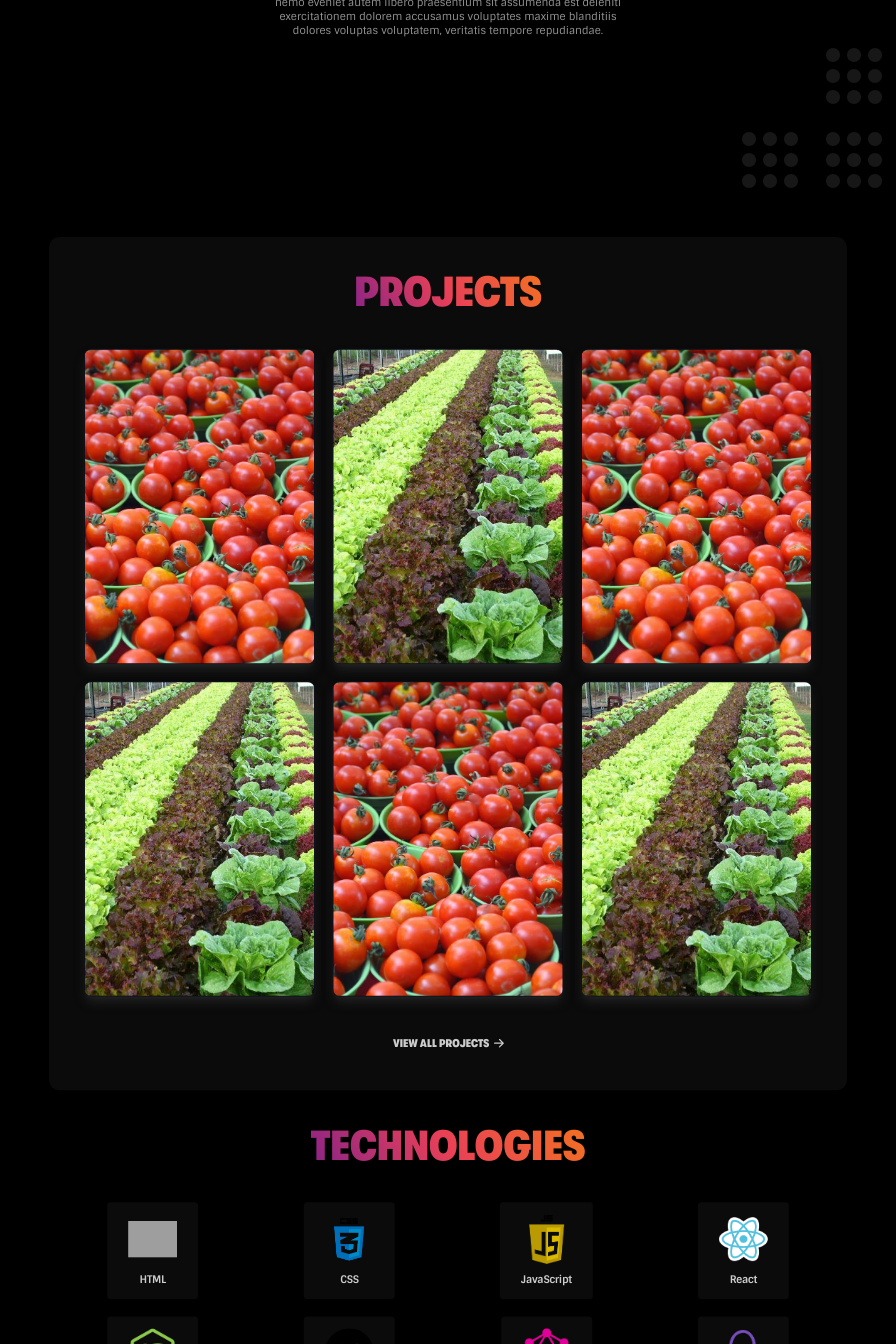
Repository: Ehceyn/ChimeruzeePortfolio
Page: /
These files come from the project's save history. The page is drawn as it stood at one moment and after the next save; the edit follows.
The browser window is 1280 px wide. The pictures show the part of the page from y = 1152 to 3072 px (the page is 4486 px tall), at 70% of full size.
Pictures or frames that could not be fetched are drawn as grey boxes. The project was rebuilt for these pictures with package versions that can differ from the ones it lists, and the page was loaded fresh each time. The framework's server and built-in components were replaced by stand-ins that run in the browser. Also part of the build but not shown: next.config.js, src/components/Timeline/Timeline.js, src/components/Accomplishments/Accomplishments.js.

Above is the page before, as saved 2022-08-04 06:20:12.

### pages/_app.js
import Layout from "../src/components/Layout/Layout";
import "../styles/global.css";

function MyApp({ Component, pageProps }) {
  return (
    <Layout>
      <Component {...pageProps} />
    </Layout>
  );
}

export default MyApp;

### pages/index.js
import MetaHead from "../src/components/MetaHead/MetaHead";
import Hero from "../src/components/Hero/Hero";
import Projects from "../src/components/Projects/Projects";
import Technologies from "../src/components/Technologies/Technologies";
import Timeline from "../src/components/Timeline/Timeline";
import Accomplishments from "../src/components/Accomplishments/Accomplishments";
import Contact from "../src/components/Contact/Contact";
import Footer from "../src/components/Footer/Footer";
import About from "../src/components/About/About";

export default function Home() {
  return (
    <>
      <MetaHead
        title="Meruzee | Portfolio"
        contentKeyword="web development, react development, frontend development, web design, programming"
        contentDescription="A Web designer and developer's portfolio"
      />
      <Hero />
      <About />
      <Projects />
      <Technologies />
      <Contact />
    </>
  );
}

### src/components/Layout/Layout.js
import React from "react";
import Footer from "../Footer/Footer";
import Header from "../Header/Header";

function Layout({ children }) {
  return (
    <>
      <Header />
      {children}
      <Footer />
    </>
  );
}

export default Layout;

### styles/global.css
@font-face {
  font-family: GTWalsheimPro;
  src: url(/fonts/GTWalsheimPro-CondensedBlack/GTWalsheimPro-CondensedBlack.ttf); /* IE9 Compat Modes */
  src: url(/fonts/GTWalsheimPro-CondensedBlack/GTWalsheimPro-CondensedBlack.ttf?iefix)
      format("embedded-opentype") /* IE6-IE8 */,
    url(/fonts/GTWalsheimPro-CondensedBlack/GTWalsheimPro-CondensedBlack.woff)
      format("woff") /* Super Modern Browsers */,
    url(/fonts/GTWalsheimPro-CondensedBlack/GTWalsheimPro-CondensedBlack.woff2)
      format("woff2") /* Pretty Modern Browsers */,
    url(/fonts/GTWalsheimPro-CondensedBlack/GTWalsheimPro-CondensedBlack.ttf)
      format("truetype"); /* Safari, Android, iOS */
  font-weight: 900;
  font-style: normal;
}

@font-face {
  font-family: Sintony-Bold;
  src: url(/fonts/Sintony/Sintony-Bold.ttf); /* IE9 Compat Modes */
  font-style: normal;
}

@font-face {
  font-family: Sintony-Regular;
  src: url(/fonts/Sintony/Sintony-Regular.ttf); /* IE9 Compat Modes */
  font-style: normal;
}

@tailwind base;
@tailwind components;
@tailwind utilities;

* {
  box-sizing: border-box;
  -webkit-tap-highlight-color: transparent;
  margin: 0;
  padding: 0;
}

*:hover {
  -webkit-tap-highlight-color: transparent;
}

html {
  font-size: 62.5%;
  scroll-behavior: smooth;
  background: black;
}
body {
  font-family: Sintony-Regular, "Segoe UI", sans-serif;
  font-size: 1.6rem;
  background: black;
  color: #ccc;
  cursor: default;
  max-width: 1700px;
  margin: auto;
}
h1 {
  width: 100%;
  height: fit-content;
  color: gray;
  background: -webkit-linear-gradient(210deg, #f27121, #e94057, #8a2387);
  -webkit-background-clip: text;
  -webkit-text-fill-color: transparent;
  flex-wrap: wrap;
}
h2 {
  display: flex;
  align-items: center;
  width: fit-content;
  height: fit-content;
  color: gray;
  background: -webkit-linear-gradient(210deg, #f27121, #e94057, #8a2387);
  -webkit-background-clip: text;
  -webkit-text-fill-color: transparent;
  flex-wrap: wrap;
}
h3 {
  font-family: Sintony-Bold, "Segoe UI", sans-serif;
  line-height: 1.2;
  color: #999;
}

h4 {
  font-family: Sintony-Bold, "Segoe UI", sans-serif;
  line-height: 1.2;
  color: #ccc;
}

p,
a {
  font-size: 0.8em;
  color: #999;
  line-height: 1.5;
}

h1,
h2,
h5,
h6,
button {
  font-family: GTWalsheimPro, "Segoe UI", sans-serif;
  transition: all 0.4s ease-in-out;
}
button:focus {
  outline: none;
}

button:active {
  outline: none;
  transition: all 0.1s ease-in-out;
}

.buttonGrad {
  box-shadow: 0 2px 6px 0 rgb(126 52 161 / 39%);
  background-image: linear-gradient(
    to right,
    #8a2387 0%,
    #e94057 51%,
    #8a2387 100%
  );
  outline: none;

  background-size: 200% auto;
}

.buttonGrad:active {
  box-shadow: none;
}

.buttonGrad:hover {
  background-position: right center; /* change the direction of the change here */
  color: #fff;
  text-decoration: none;
}

.card-text {
  overflow: hidden;
  text-overflow: ellipsis;
  display: -webkit-box;
  -webkit-line-clamp: 3; /* number of lines to show */
  -webkit-box-orient: vertical;
}

nav .navlinks {
  display: flex;
  align-items: center;
  width: fit-content;
  height: inherit;
  text-transform: uppercase;
  font-size: 12px;
  font-family: Sintony-Bold, "Segoe UI", sans-serif;
  cursor: pointer;
}

nav .navlinks:focus {
  color: #0070fdff;
}

a {
  text-decoration: none;
  display: block;
}
li {
  list-style: none;
}

.sectionStyle {
  display: flex;
  align-items: center;
  width: 100%;
  height: fit-content;
  padding: 30px 100px;
}

/* Linear Gradient background for hero image */
.background {
  background: -webkit-linear-gradient(210deg, #f27121, #e94057, #8a2387);
}
/* Linear Gradient Border for hero image */
.border-gradient {
  background: linear-gradient(210deg, #0070fdff, #d50098ff, #fd2828) border-box,
    linear-gradient(210deg, #0070fdff, #d50098ff, #fd2828) padding-box;
}

.hero {
  /* position: relative; */
  z-index: 10;
  background-color: rgba(179, 174, 174, 0.562);
}

/* .hero::before {
  content: "";
  background-size: cover;
  position: absolute;
  z-index: -1;
  top: 0px;
  right: 0px;
  bottom: 0px;
  left: 0px;
  opacity: 0.95;
  background: url("/images/meruz-bw.jpg") no-repeat center/cover;
} */
.contact {
  position: absolute;
  z-index: 3;
}
.contact2 {
  content: "";
  position: absolute;
  height: 400px;
  width: 400px;
  border-radius: 50%;
  right: -100px;
  background: -webkit-linear-gradient(
    210deg,
    rgba(0, 114, 253, 0.212),
    rgba(213, 0, 153, 0.26),
    #fd282833
  );
}

/*
   accent1: "hsl(34.9,98.6%,72.9%)",
    button: "hsl(205.1,100%,36.1%)",
    background2: "hsl(232.7,27.3%,23.7%)", */
/* Track */
body::-webkit-scrollbar-track {
  box-shadow: inset 0 0 0px;
  @apply bg-[#222];
  border-radius: none;
}

/* Handle */
body::-webkit-scrollbar-thumb {
  background: #777;
  border-radius: 10px;
}

* {
  scrollbar-width: 10px;
}

/* Handle on hover */
body::-webkit-scrollbar-thumb:hover {
  background: #999;
}

/* Style the other scrollbar  with className  */
::-webkit-scrollbar {
  width: 10px;
}

/* Track */
::-webkit-scrollbar-track {
  box-shadow: inset 0 0 0px;
  @apply bg-transparent;
  border-radius: none;
}

/* Handle */
::-webkit-scrollbar-thumb {
  background: rgba(85, 85, 85, 0.158);
  border-radius: 10px;
}

* {
  scrollbar-width: 10px;
}

/* Handle on hover */
::-webkit-scrollbar-thumb:hover {
  background: rgba(85, 85, 85, 0.158);
}

### src/components/MetaHead/MetaHead.js
import Head from "next/head";

import React from "react";

function MetaHead(props) {
  return (
    <Head>
      <title>{props.title}</title>
      <meta name="description" content={props.contentKeyword} />
      <meta name="keywords" content={props.contentDescription} />
      <link rel="icon" href="/favicon.ico" />
    </Head>
  );
}

export default MetaHead;

### src/components/Hero/Hero.js
import React, { useState } from "react";
import { motion } from "framer-motion";
import Image from "next/image";
import { fromBottom, heroImage, scaleUp } from "../../../animations/animation";

function Hero() {
  const [degree, setDegree] = useState(210);
  setTimeout(() => {
    setInterval(() => {
      if (degree <= 360) {
        setDegree(degree + 5);
      } else {
        setDegree(0);
      }
    }, 1000);
  }, 5000);

  /* Linear Gradient Border for hero image */
  const borderGradient = {
    background: `linear-gradient(${degree}deg, #f27121, #e94057, #8a2387
) border-box, linear-gradient(${degree}deg, #f27121, #e94057, #8a2387
) padding-box`,
  };

  return (
    <motion.section
      initial="initial"
      animate="animate"
      transition="transition"
      className="flex flex-col-reverse md2:flex-row md2:justify-between justify-center items-center w-full min-h-[100vh]  pt-[80px] pb-20 px-5 md:px-[40px] lg:px-[70px] "
    >
      {/* <video
        src="/video/vid.mp4"
        className="absolute t-0 inset-x-0 "
        autoPlay
        loop
        muted
      ></video> */}
      <motion.div
        initial="hidden"
        animate="animate"
        variants={fromBottom}
        className="w-fit text-center md2:text-left leading-loose md2:mr-[100px] mt-[40px] md2:mt-0"
      >
        <h1 className="text-7xl md2:text-8xl lg:text-9xl">Howdy! </h1>
        <h1 className="text-7xl md2:text-8xl lg:text-9xl">
          I&apos;m Chimeruzee.
        </h1>
        <h4 className="flex items-center w-fit  font-bold max-w-[800px] h-fit py-5 text-2xl md2:text-2xl md2:px-0 px-5">
          I&apos;m a creative Frontend developer. An innovative and good team
          player who loves going extra mile to deliver a project. I make things
          work.
        </h4>
        <button
          type="button"
          className="text-white buttonGrad mt-5 focus:outline-none uppercase rounded-2xl w-[180px] py-4 text-center"
        >
          hire me
        </button>
      </motion.div>

      <div className="max-w-[250px] min-w-[250px] md2:max-w-[350px] md2:min-w-[350px] lg:max-w-[400px] lg:min-w-[400px] object-contain ">
        <motion.div
          className="border-[7px] md2:border-[10px] border-white rounded-full object-cover flex justify-center items-center p-[7px] md2:p-[10px] "
          style={borderGradient}
          variants={scaleUp}
        >
          <Image
            src="/images/meruz-bw.jpg"
            width="400"
            height="400"
            alt="Chimeruzee"
            objectFit="cover"
            className="rounded-full background"
          />
        </motion.div>
      </div>
    </motion.section>
  );
}

export default Hero;

### src/components/Projects/Projects.js
import React from "react";
import Image from "next/image";

function Projects() {
  return (
    <section className="md2:px-[70px] mt-20">
      <div className=" w-full min-h-[80vh] bg-[#2020205b] md2:rounded-3xl py-20">
        <article className="w-full flex justify-center mb-20">
          <h2 className="text-5xl md2:text-6xl lg:text-8xl">PROJECTS</h2>
        </article>
        <div className="w-full grid grid-cols-1 md:grid-cols-2 lg:grid-cols-3 gap-x-10 gap-y-10 px-7 md:px-20">
          {/* All project cards */}
          {[
            { src: "/images/test1.jpg", name: "HTML" },
            { src: "/images/test2.jpg", name: "CSS" },
            { src: "/images/test1.jpg", name: "HTML" },
            { src: "/images/test2.jpg", name: "CSS" },
            { src: "/images/test1.jpg", name: "HTML" },
            { src: "/images/test2.jpg", name: "CSS" },
          ].map((r) => (
            <div
              key={r.name}
              className="group flex items-center justify-center max-w-[540px] bg-black w-full xs:h-[450px] overflow-hidden rounded-2xl border-[1px] border-gray-900 shadow-lg shadow-[#222222] object-cover mx-auto"
            >
              {/* <a href="#"> */}
              <Image
                className="rounded-2xl group-hover:scale-105 transition-all duration-200"
                src={r.src}
                alt=""
                width={600}
                height={1050}
                objectFit="cover"
              />
              {/* </a> */}
              {/* <div className="p-5">
                <a href="#">
                  <h4 className="mb-2 text-2xl font-bold tracking-tight">
                    Noteworthy technology acquisitions 2021
                  </h4>
                </a>
                <p className="mb-3 w-[300px] h-30 card-text">
                  Here are the biggest enterprise technology acquisitions of
                  2021 Here are the biggest enterprise technology acquisitions
                  of 2021 technology acquisitions of 2021
                </p>
                <a
                  href="#"
                  className="inline-flex items-center py-2 px-3 text-sm font-medium text-center text-white focus:ring-4 focus:outline-none background rounded-md"
                >
                  Visit site
                  <svg
                    className="ml-2 -mr-1 w-4 h-4 group-hover:translate-x-1 transition-all duration-200 ease-in-out"
                    fill="currentColor"
                    viewBox="0 0 20 20"
                    xmlns="http://www.w3.org/2000/svg"
                  >
                    <path
                      fillRule="evenodd"
                      d="M10.293 3.293a1 1 0 011.414 0l6 6a1 1 0 010 1.414l-6 6a1 1 0 01-1.414-1.414L14.586 11H3a1 1 0 110-2h11.586l-4.293-4.293a1 1 0 010-1.414z"
                      clipRule="evenodd"
                    ></path>
                  </svg>
                </a>
              </div> */}
            </div>
          ))}
        </div>
        <article className="w-full flex justify-center mt-20">
          <button className="group bg-transparent py-2 px-4 uppercase inline-flex items-center">
            View all projects
            <svg
              className="ml-2 -mr-1 w-7 h-7 group-hover:translate-x-1 transition-all duration-200"
              fill="currentColor"
              viewBox="0 0 20 20"
              xmlns="http://www.w3.org/2000/svg"
            >
              <path
                fillRule="evenodd"
                d="M10.293 3.293a1 1 0 011.414 0l6 6a1 1 0 010 1.414l-6 6a1 1 0 01-1.414-1.414L14.586 11H3a1 1 0 110-2h11.586l-4.293-4.293a1 1 0 010-1.414z"
                clipRule="evenodd"
              ></path>
            </svg>
          </button>
        </article>
      </div>
    </section>
  );
}

export default Projects;

### src/components/Footer/Footer.js
import React from "react";
import Image from "next/image";
import Logo from "../Logo/Logo";

export default function Footer() {
  return (
    <>
      <div className="px-7 md2:px-[70px]">
        <hr className="border border-[#2020205b]" />
      </div>
      <article className="flex md:hidden items-center h-fit mt-5 justify-start px-7 pt-10">
        <Logo />
        <h4 className="text-4xl font-bold tracking-tight capitalize ml-5">
          Meruzee
        </h4>
      </article>
      <div className="grid grid-cols-2 md:grid-cols-3 gap-x-4 gap-y-5 w-full mb-7 px-7 md2:px-[70px] py-10 ">
        <article className="hidden md:flex items-center h-fit mt-5 justify-start">
          <Logo />

          <h4 className="text-4xl font-bold tracking-tight capitalize ml-10">
            Meruzee
          </h4>
        </article>
        <article className="space-y-7 transition-[border] duration-300 ">
          <h4 className="mt-5  text-2xl font-bold tracking-tight capitalize">
            Site
          </h4>
          <a className="cursor-pointer hover:underline capitalize hover:underline-offset-1 w-fit">
            Home
          </a>
          <a className="cursor-pointer hover:underline capitalize hover:underline-offset-1 w-fit">
            Blog
          </a>
        </article>
        <article className="space-y-7">
          <h4 className="mt-5  text-2xl font-bold tracking-tight capitalize">
            Socials
          </h4>
          <a
            target="_blank"
            rel="noopener noreferrer"
            href="https://www.github.com/ehceyn"
            className="cursor-pointer hover:underline capitalize hover:underline-offset-1 w-fit"
          >
            github
          </a>
          <a
            target="_blank"
            rel="noopener noreferrer"
            href="https://www.linkedin.com/in/chimeruzee-chidum-7417591ba"
            className="cursor-pointer hover:underline capitalize hover:underline-offset-1 w-fit"
          >
            linkedIn
          </a>
          <a
            target="_blank"
            rel="noopener noreferrer"
            href="https://www.twitter.com/chimeruzee1"
            className="cursor-pointer hover:underline capitalize hover:underline-offset-1 w-fit"
          >
            twitter
          </a>
          <a
            target="_blank"
            rel="noopener noreferrer"
            href="https://drive.google.com/file/d/1hPpP44F-gs2xs_Lax_930MiJSpsTbr0T/view?usp=sharing"
            className="cursor-pointer hover:underline capitalize hover:underline-offset-1 w-fit"
          >
            Download Resume
          </a>
        </article>
      </div>
      <div className="w-full flex bg-secondary-darker h-[10vh] bottom-0 text-[#666666] justify-center items-center">
        <p>Copyright &copy;2022 All rights reserved | Meruzee </p>
      </div>
    </>
  );
}

### src/components/About/About.jsx
import React from "react";
import { CgMenuGridO } from "react-icons/cg";

function About() {
  return (
    <section className="">
      <div className=" w-full min-h-[100vh] h-fit py-20 relative ">
        <section className=" w-full  ">
          <article className="w-full flex justify-center mb-10 md:mb-20">
            <h2 className="text-5xl md2:text-6xl lg:text-8xl">ABOUT ME</h2>
          </article>
          <div className="w-full flex flex-col items-center space-y-5 px-7 md2:px-0">
            <p className="text-[#999] text-2xl max-w-[500px] text-center ">
              Lorem ipsum dolor sit amet consectetur adipisicing elit.
              Laboriosam nemo eveniet autem libero praesentium sit assumenda est
              deleniti exercitationem dolorem accusamus voluptates maxime
              blanditiis dolores voluptas voluptatem, veritatis tempore
              repudiandae. deleniti exercitationem dolorem accusamus voluptates
              maxime blanditiis dolores voluptas voluptatem, veritatis tempore
              repudiandae.
            </p>
            <p className="text-[#999] text-2xl max-w-[500px] text-center">
              Lorem ipsum dolor sit amet consectetur adipisicing elit.
              Laboriosam nemo eveniet autem libero praesentium sit assumenda est
              deleniti exercitationem dolorem accusamus voluptates maxime
              blanditiis dolores voluptas voluptatem, veritatis tempore
              repudiandae.
            </p>
            <p className="text-[#999] text-2xl max-w-[500px] text-center">
              Lorem ipsum dolor sit amet consectetur adipisicing elit.
              Laboriosam nemo eveniet autem libero praesentium sit assumenda est
              deleniti exercitationem dolorem accusamus voluptates maxime
              blanditiis dolores voluptas voluptatem, veritatis tempore
              repudiandae.
            </p>
          </div>
        </section>

        <section className="absolute top-0 w-full">
          <div className="w-full relative min-h-[100vh]">
            <div className="absolute top-0 left-0">
              <div className="flex transform -translate-y-8">
                <CgMenuGridO className="text-[80px] md2:text-[120px] text-[#46444456]" />
                <CgMenuGridO className="text-[80px] md2:text-[120px] text-[#46444456]" />
              </div>
              <div>
                <CgMenuGridO className="text-[80px] md2:text-[120px] text-[#46444456]" />
              </div>
            </div>
            <div className="absolute bottom-0 right-0">
              <div className="w-full flex justify-end">
                <CgMenuGridO className="text-[80px] md2:text-[120px] text-[#46444456]" />
              </div>
              <div className="flex">
                <CgMenuGridO className="text-[80px] md2:text-[120px] text-[#46444456]" />
                <CgMenuGridO className="text-[80px] md2:text-[120px] text-[#46444456]" />
              </div>
            </div>
          </div>
        </section>
      </div>
    </section>
  );
}

export default About;

### animations/animation.js
export const heroImage = {
  initial: {
    rotate: 0,
    // x: -100
  },
  animate: {
    rotate: 180,
    // x: 100
  },
  transition: {
    type: "tween",
    ease: "easeInOut",
    repeat: "Infinity",
    duration: 0.2,
  },
};

export const fromBottom = {
  animate: {
    transition: {
      staggerChildren: 0.025,
    },
  },
};

export const scaleUp = {
  initial: {
    opacity: 0,
    scale: 0,
  },
  animate: {
    opacity: 1,
    scale: 1,
    transition: {
      duration: 0.5,
      ease: "easeInOut",
      delay: 1,
    },
  },
  exit: {
    opacity: 0,
    scale: 0,
    transition: {
      duration: 1,
      ease: "easeInOut",
    },
  },
};

### tailwind.config.js
/** @type {import('tailwindcss').Config} */
module.exports = {
  mode: "jit",
  content: ["./src/**/*.{js,jsx,ts,tsx}", "./pages/**/*.{js,jsx,ts,tsx}"],
  theme: {
    extend: {},
    screens: {
      xs: "460px",
      // => @media (min-width: 460px) { ... }
      sm: "640px",
      // => @media (min-width: 640px) { ... }

      md: "768px",
      // => @media (min-width: 768px) { ... }

      md2: "960px",
      // => @media (min-width: 1000px) { ... }

      lg: "1220px",
      // => @media (min-width: 1220px) { ... }

      xl: "1280px",
      // => @media (min-width: 1280px) { ... }

      "2xl": "1536px",
      // => @media (min-width: 1536px) { ... }
    },
  },
  plugins: [],
};

Loaded but not shown: pages/_document.js (common file); src/components/Contact/Contact.js (112 lines, source omitted); src/components/Logo/Logo.js (111 lines, source omitted); src/components/Header/Header.js (79 lines, source omitted); src/components/Technologies/Technologies.js (102 lines, source omitted)

After the next save:
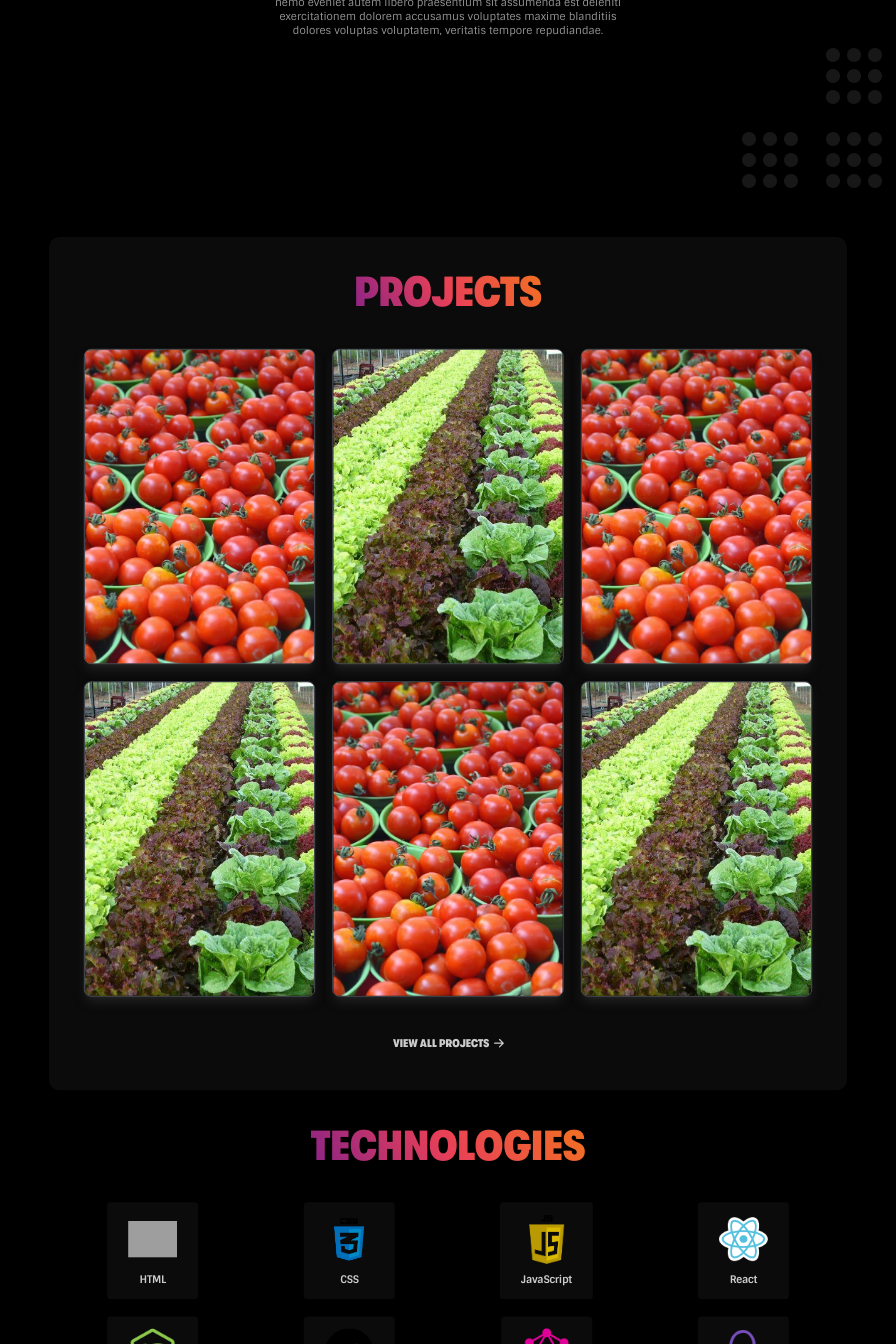
Saved 50 s later.
--- a/src/components/Projects/Projects.js
+++ b/src/components/Projects/Projects.js
@@ -20,7 +20,7 @@ function Projects() {
           ].map((r) => (
             <div
               key={r.name}
-              className="group flex items-center justify-center max-w-[540px] bg-black w-full xs:h-[450px] overflow-hidden rounded-2xl border-[1px] border-gray-900 shadow-lg shadow-[#222222] object-cover mx-auto"
+              className="group flex items-center justify-center max-w-[540px] bg-black w-full xs:h-[450px] overflow-hidden rounded-2xl border-[1px] border-gray-500 shadow-lg shadow-[#222222] object-cover mx-auto"
             >
               {/* <a href="#"> */}
               <Image
